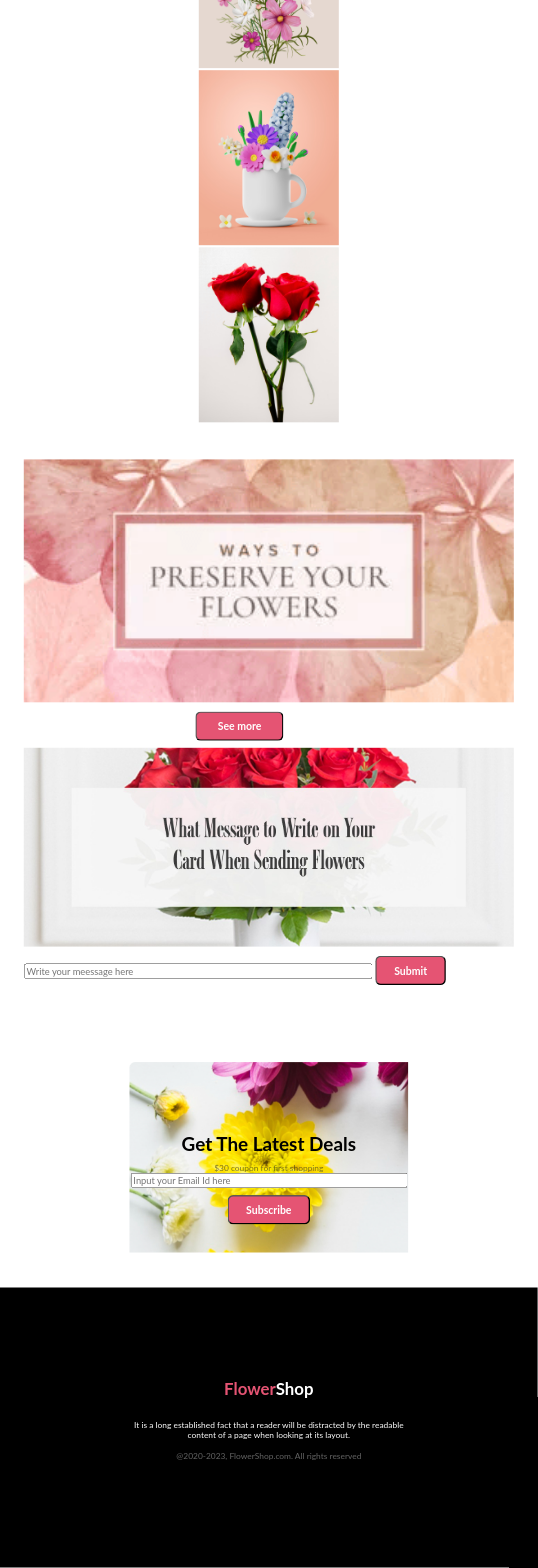
Repository: sadiaafsana138/Flower-Shop_Responsive
Page: index.html
The author's editor kept a copy of each file at every save. The page is drawn from the files as they stood at one save, then again after the next save.
The browser window is 768 px wide. The pictures show the part of the page from y = 3085 to 5325 px (the page is 5325 px tall), at 70% of full size.

Above is the page before, as saved 2023-09-07 06:38:09.

### index.html
<!DOCTYPE html>
<html lang="en">

<head>
    <meta charset="UTF-8">
    <meta name="viewport" content="width=device-width, initial-scale=1.0">
    <title>Flower Shop</title>
    <link rel="stylesheet" href="Flower.css">
</head>
<body>
    <header>
        <section class="Section1">
            <div>
                <div id="HeaderText1">
                    <h1>
                        Let's make<br>beautiful flowers<br>a part of your life.
                    </h1>
                </div>
                <div id="HeaderText2">
                    <p>
                        It is a long established fact that a reader will be distracted by the readable<br>content of a
                        page when looking at its layout. The point of using Lorem Ipsum is<br>that it has a more-or-less
                        normal distribution of letters.
                    </p>
                </div>
                <button class="Main_button">
                    Shop Now
                </button>
            </div>
            <div class="flowerBanner">
                <img src="Images/1.png" alt="Cover image" height="500px" width="400px">
            </div>
        </section>
    </header>
    <main>
        <section class="Section2">
            <div>
                <div id="Section_2_header1">
                    <h1>
                        Our Featured Flowers
                    </h1>
                </div>
                <div>
                    <p id="Section_2_header2">
                        It is a long established fact that a reader will be distracted by the readable<br>content of a
                        page when looking at its layout.
                    </p>
                </div>
            </div>
            <div class="Section_2_pictures">
                <div id="sec2_pic1">
                    <img src="Images/2.png" alt="" height="250px" width="180px">
                    <br>
                    <br>
                    <a href="https://flowersourcebd.com/" target="_blank">
                        Pink flower Tree
                    </a>
                </div>
                <div id="sec2_pic2">
                    <img src="Images/3.png" alt="" height="250px" width="230px">
                    <br>
                    <br>
                    <a href="https://flowersourcebd.com/" target="_blank">
                        Multi flower Tree
                    </a>
                </div>
                <div id="sec2_pic3">
                    <img src="Images/4.png" alt="" height="250px" width="180px">
                    <br>
                    <br>
                    <a href="https://flowersourcebd.com/" target="_blank">
                        Yellow flower Tree
                    </a>
                </div>
            </div>
        </section>
        <section class="Section3">
            <div class="Sec3_pic">
                <div>
                    <img src="Images/5.png" alt="">
                    <br>
                    <br>
                    <p>Same Day Delivery. Click & Collect.</p>
                </div>
                <div>
                    <img src="Images/6.png" alt="">
                    <br>
                    <br>
                    <p>Fresh Flowers. Local Growers.</p>
                </div>
                <div>
                    <img src="Images/7.png" alt="">
                    <br>
                    <br>
                    <p>24/7 Free Support.</p>
                </div>
            </div>
        </section>
        <section class="Section4">
            <div>
                <div id="Sec4_text1">
                    <h1>
                        Hot Deal ! Sale Up To 25% <span id="off_color">Off</span>
                    </h1>
                </div>
                <br>
                <div id="Sec4_text2">
                    <p>
                        It is a long established fact that a reader will be distracted by the readable<br>content of a page when looking at its layout.
                    </p>
                </div>
                <br>
                <button class="Main_button">
                    Sign Up
                </button>
            </div>
            <div id="sec4_vas">
                <img src="Images/8.png" alt="" height="380px" width="300px">
            </div>
        </section>
        <section class="Section5">
            <div>
                <div id="Section_2_header1">
                    <h1>
                        Instagram
                    </h1>
                </div>
                <div>
                    <p id="Section_2_header2">
                        It is a long established fact that a reader will be distracted by the readable<br>content of a
                        page when looking at its layout.
                    </p>
                </div>
            </div>
            <div class="Section_2_pictures">
                <div>
                    <img src="Images/9.png" alt="" height="250px" width="200px">
                </div>
                <div>
                    <img src="Images/10.png" alt="" height="250px" width="200px">
                </div>
                <div>
                    <img src="Images/11.png" alt="" height="250px" width="200px">
                </div>
                <div>
                    <img src="Images/12.png" alt="" height="250px" width="200px">
                </div>
            </div>
        </section>
        <section class="Section6">
            <div class="sec6image">
                <img src="Images/14.png" alt="" height="320px" width="700px">
                <br>
                <button class="ways">
                    See more
                </button>
            </div>
            <div class="sec6image">
                <img src="Images/15.png" alt="" height="320px" width="700px">
                <br>
                <input type="text" placeholder="Write your meessage here" size="50">
                <button class="message">
                    Submit
                </button>
            </div>
        </section>
        <section class="Section7">
            <div class="Sec7">
                <div id="Section_2_header1">
                    <h1>
                        Get The Latest Deals
                    </h1>
                </div>
                <div>
                    <p id="Section_2_header2">
                        $30 coupon for first shopping
                    </p>
                </div>
                <div>
                    <input type="email" placeholder="Input your Email Id here" size="50">
                <button class="message">
                    Subscribe
                </button>
                </div>
            </div>
        </section>
    </main>
    <footer>
        <section class="Section8">
            <div>
                <div id="Sec4_text1">
                    <h1>
                        <span id="off_color">Flower</span><span class="white_color">Shop</span>
                    </h1>
                </div>
                <br>
                <div id="Sec4_text2">
                    <p class="white_color">
                        It is a long established fact that a reader will be distracted by the readable<br>content of a page when looking at its layout.
                    </p>
                    <br>
                    <p id="assh">
                        @2020-2023, FlowerShop.com. All rights reserved
                    </p>
                </div>
            </div>
        </section>
    </footer>
</body>
</html>

### Flower.css
*{
    margin:0px;
    font-family: Lato;
    font-style: normal;
}
/*Section 1*/
.Section1{
    background-color: rgb(255, 222, 227);
    height:500px;
    width: 100%;
    display: flex;
    justify-content: space-around;
}
#HeaderText1{
    padding: 100px 70px 5px 100px;
    font-size:  25px;
    font-weight: 800;

}
#HeaderText2{
    padding: 10px 0px 5px 100px;
    font-size:  12px;
    font-weight: 400;
    color:rgba(39, 39, 39, 0.60);
}
.Main_button{
    border-radius: 8px;
    background: #E55473;
    color: #FFF;
    font-size: 15px;
    font-weight: 700;
    padding: 10px 17px;
    margin: 10px 0px 0px 100px;
}
/*Section 2*/
#Section_2_header1{
    padding: 50px 0px 10px 0px;
    font-size:  18px;
    font-weight: 800;
    text-align: center;
}
#Section_2_header2{
    font-size:  12px;
    font-weight: 400;
    color:rgba(39, 39, 39, 0.60);
    text-align: center;
}
.Section_2_pictures{
    margin: 30px 150px 0px;
    justify-content: space-around;
    display: flex;
}
#sec2_pic1{
    border-radius: 300px 300px 0px 0px;
    background: rgba(167, 33, 98, 0.15);
    height:250px ;
    width: 230px;
    padding: 80px 30px 0px 30px;
    text-align: center;
}
#sec2_pic2{
    border-radius: 300px 300px 0px 0px;
    background:rgba(5, 151, 160, 0.15);
    height: 250px;
    width: 230px;
    padding: 80px 30px 0px 30px;
    text-align: center;
}
#sec2_pic3{
    border-radius: 300px 300px 0px 0px;
    background: rgba(71, 125, 17, 0.15);
    height: 250px;
    width: 230px;
    padding: 80px 30px 0px 30px;
    text-align: center;

}
/*Section 3*/
.Sec3_pic{
    background: rgba(39, 39, 39, 0.05);
    margin: 100px 185px 0px;
    padding: 50px 0px 30px;
    justify-content: space-around;
    display: flex;
    text-align: center;
}
/* Section 4 */
.Section4{
    margin-top: 50px;
    background-color: rgb(255, 222, 227);
    height:500px;
    width: 100%;
    display: flex;
    justify-content: space-around;
    text-align: center;
}
#Sec4_text1{
    padding: 200px 70px 5px 170px;
    font-size:25px;
    font-weight: 800;
}
#Sec4_text2{
    padding: 10px 0px 0px 100px;
    font-size:  15px;
    font-weight: 400;
    color:rgba(39, 39, 39, 0.60);
}
#off_color{
    color: #E55473;
}
#sec4_vas{
    padding: 100px 120px ;
}
/*section 6 */
.Section6{
    margin-top: 50px;
    background-color: rgb(255, 222, 227);
    height:400px;
    width: 100%;
    display: flex;
    justify-content: space-around;
}
.message{
    border-radius: 8px;
    background: #E55473;
    color: #FFF;
    font-size: 15px;
    font-weight: 700;
    padding: 10px 25px;
    margin: 10px 0px 0px 10px;
}
.ways{
    border-radius: 8px;
    background: #E55473;
    color: #FFF;
    font-size: 15px;
    font-weight: 700;
    padding: 10px 30px;
    margin: 10px 250px ;
}
/*section 7*/
.Section7{
    background-image: url(Images/13.png);
    margin: 100px 185px 0px;
}
.Sec7{
    padding: 50px 0px 30px;
    text-align: center;
}
/*Section 8*/
.Section8{
    margin-top: 50px;
    background-color: rgb(0, 0, 0);
    height:400px;
    width: 100%;
    text-align: center;

}
.white_color{
    color: #FFF;
}
#assh{
    color: rgba(169, 169, 169, 0.589);
}




/*Responsive*/
/*Tab*/
@media screen and (min-width:768px) and (max-width:992px) {
    .Section1{
    height:505px;
    justify-content: space-evenly;
    }
    #HeaderText1{
        padding: 100px 10px 10px 10px;
    }
    #HeaderText2{
        padding: 10px;
    }
    .Main_button{
        margin: 10px 0px 0px 10px;
    }
    .flowerBanner img{
        max-width:100% ;
        height: auto;
    }
    .Section2{
        padding:10px;
    }
    .Section_2_pictures{
        margin: 30px 0px 0px;
        justify-content: space-evenly;

    }
    .Section4{
        margin-top: 20px;
        justify-content: space-evenly;
    }
    #Sec4_text1{
        padding: 130px 0px 5px 10px;
        font-size:20px;
    }
    #Sec4_text2{
        padding: 5px 0px 0px 10px;
        font-size:  14px;
    }
    #sec4_vas{
        padding: 70px 100px ;
    }
    .Section6{
        flex-direction: column;
        height: fit-content;
        background-color: rgb(255, 255, 255);
        align-items: center;
    }
    .sec6image img{
        height:auto ;
        max-width: 100%;
    }
    .sec6image .ways{
        position: relative;
        left:45%;
    }
    .ways,.message{
        margin: 10px auto;
    }
    .sec6image .message,input{
        position: relative;
        left:12%;
    }



}







/*Mobile*/
@media screen and (max-width:768px) {
    .Section1{
        height:505px;
        justify-content: space-evenly;
        }
        #HeaderText1{
            padding: 100px 10px 10px 10px;
            font-size:  18px;
        }
        #HeaderText2{
            padding: 10px;
        }
        .Main_button{
            margin: 10px 0px 0px 10px;
        }
        .flowerBanner img{
            max-width:100% ;
            height: 450px;
        }
        .Section_2_pictures{

            align-items: center;
            flex-direction: column;

        }
        #sec2_pic1,#sec2_pic2,#sec2_pic3{
            margin-bottom:50px;
        }
        .Sec3_pic{
            margin: 20px 15px;
            padding: 20px;
            justify-content: space-evenly;
        }
        .Section4{
            margin-top: 20px;
            justify-content: space-evenly;
        }
        #Sec4_text1{
            padding: 130px 0px 5px 0px;
            font-size:16px;
        }
        #Sec4_text2{
            padding: 5px 0px 0px 0px;
            font-size:  12px;
        }
        #sec4_vas{
            padding: 70px 0px ;
        }
        #sec4_vas img{
            width:100% ;
            height: 350px;
        }
        .Section6{
            flex-direction: column;
            height: fit-content;
            background-color: rgb(255, 255, 255);
            align-items: center;
        }
        .sec6image img{
            height:auto ;
            max-width: 100%;
        }
        .sec6image .ways{
            position: relative;
            left:35%;
        }
        .ways,.message{
            margin: 10px auto;
        }
        .sec6image .message,input{
            position: relative;
            left:0%;

        }
        .sec6image input{
            width: 70%;
        }

}

After the next save:
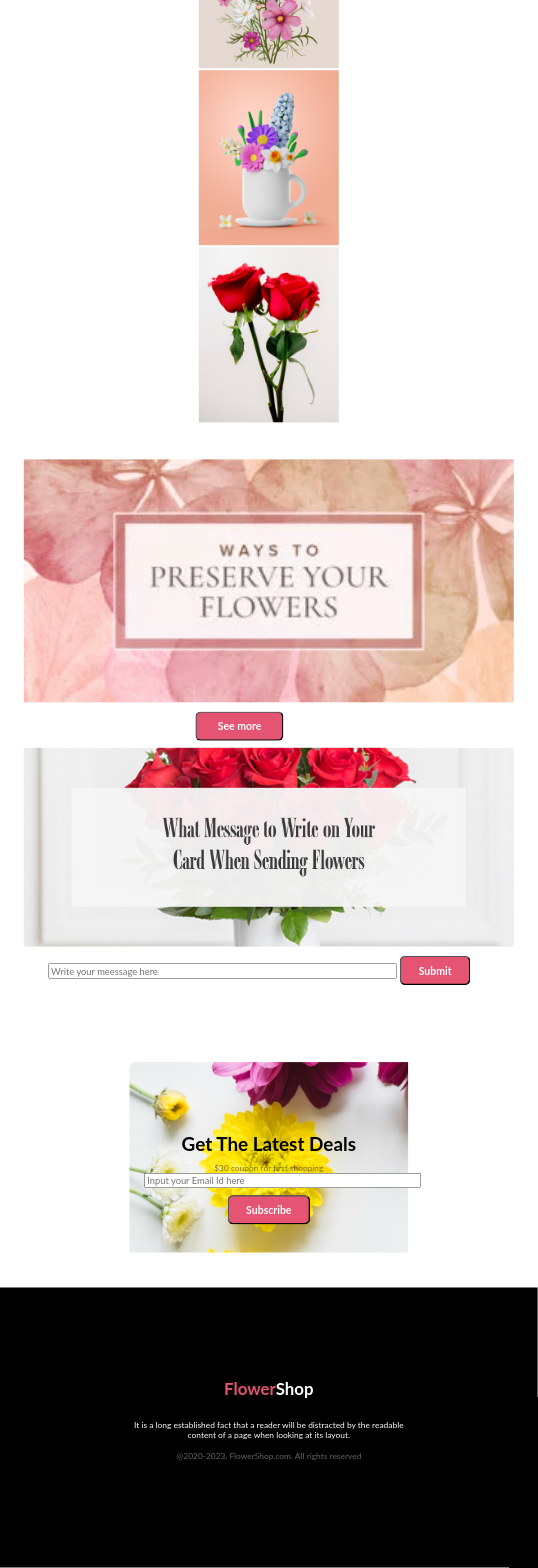
Saved 11 s later.
--- a/Flower.css
+++ b/Flower.css
@@ -313,7 +313,7 @@
         }
         .sec6image .message,input{
             position: relative;
-            left:0%;
+            left:5%;
 
         }
         .sec6image input{
